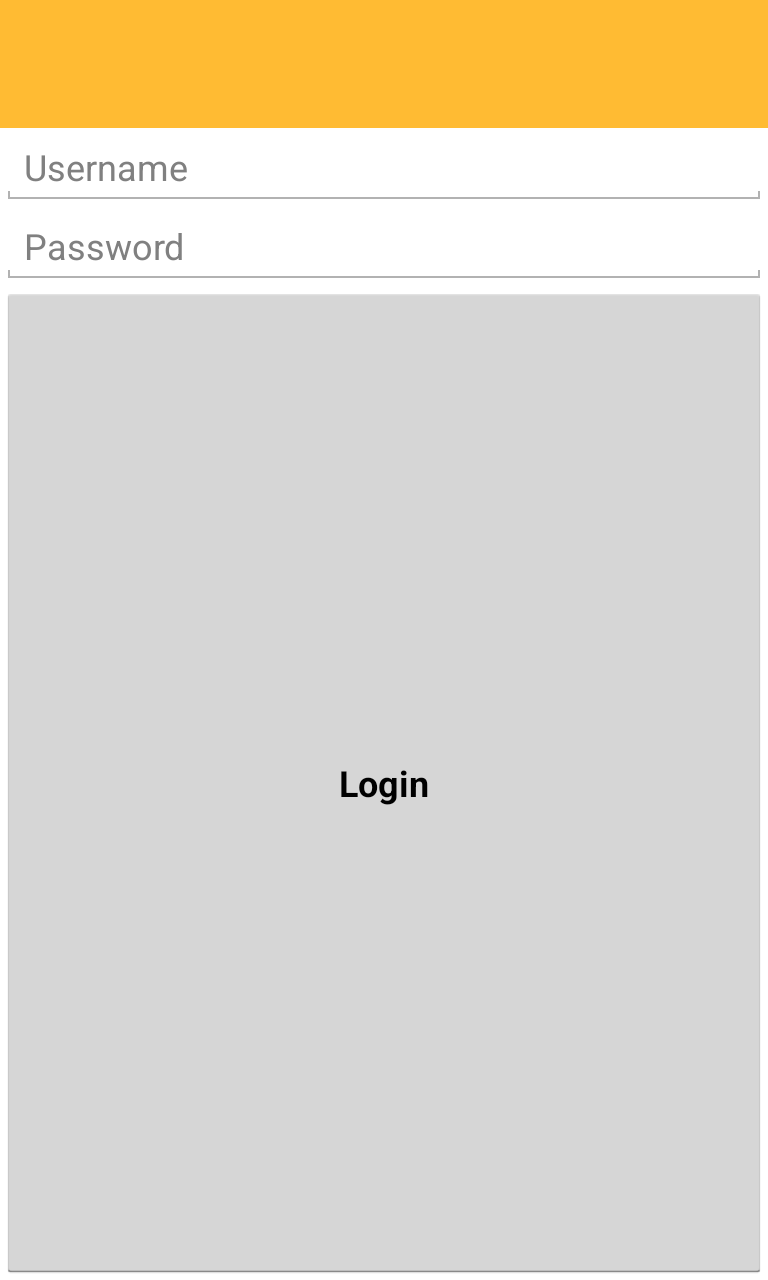
Repository: bleproj/ble-android
Layout: ble/res/layout/activity_login.xml
The author's editor kept a copy of each file at every save. The layout is drawn from the files as they stood at one save, then again after the next save.
It is drawn on a 768 x 1280 px phone screen (xhdpi) without system bars, with theme AppTheme; the app's code is not run.

Above is the layout before, as saved 2013-11-29 15:26:33.

After the next save:
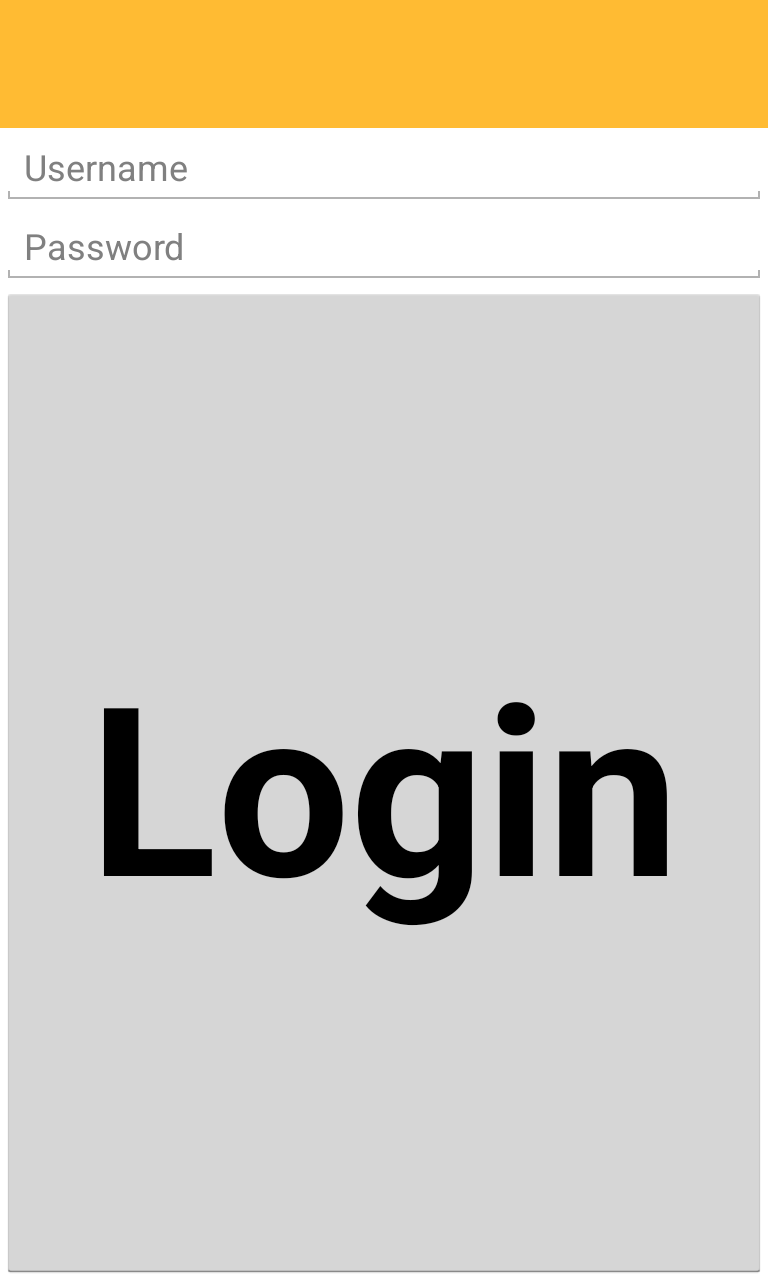
Saved 2 min 5 s later.
--- a/ble/res/layout/activity_login.xml
+++ b/ble/res/layout/activity_login.xml
@@ -25,6 +25,7 @@
         android:layout_weight="0.55"
         android:onClick="Send"
         android:text="Login"
+        android:textSize="118sp"
         android:textStyle="bold" />
 
     <EditText
